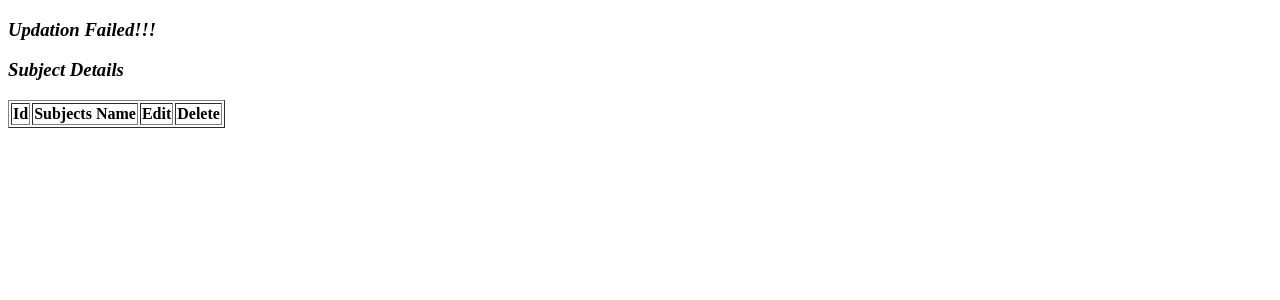
Repository: shubhamsingh331/Learners_Academy
Page: http://localhost/LearnersAcademy/Subjects/EditFailed.jsp
The author's editor kept a copy of each file at every save. The page is drawn from the files as they stood at one save, then again after the next save.
The browser window is 1280 px wide. The pictures show the whole page.
The page is served by Tomcat 9. Other server files are loaded and not shown. Queries for data that is not in the repository find no rows.

Above is the page before, as saved 2023-10-08 10:25:40.

### LearnersAcademy/src/main/webapp/Subjects/EditFailed.jsp
<%@ page language="java" contentType="text/html; charset=ISO-8859-1"
    pageEncoding="ISO-8859-1"%>
<!DOCTYPE html>
<html>
<head>
<meta charset="ISO-8859-1">
<title>Insert title here</title>
</head>
<body>
<h3><i>Updation Failed!!!</i></h3>
<%@include file="Subdisplay.jsp" %>

</body>
</html>

### LearnersAcademy/src/main/webapp/Subjects/Subdisplay.jsp
<%@page import="subjects.SubjectsDAO"%>
<%@page import="subjects.SubjectsPojo" %>
<%@page import="java.util.*" %>
<%@ page language="java" contentType="text/html; charset=ISO-8859-1"
    pageEncoding="ISO-8859-1"%>
<!DOCTYPE html>
<html>
<head>
<meta charset="ISO-8859-1">
<title>Insert title here</title>
</head>
<body>
<h3><i>Subject Details</i></h3>
<table border="1">
<tr><th>Id</th><th>Subjects Name</th><th>Edit</th><th>Delete</th></tr>
<%
SubjectsDAO dao = new SubjectsDAO();
List<SubjectsPojo> list = dao.display();
for(SubjectsPojo s:list){%>
	<tr><td><%=s.getSubid() %></td><td><%=s.getSubname()%></td><td><a href=SubEdit.jsp?id=<%=s.getSubid()%>>Edit</a></td><td><a href=SubDelete.jsp?id=<%=s.getSubid()%>>Delete</a></td></tr>
	<%} %>
</table>
</body>
</html>

### LearnersAcademy/src/main/java/teachers/SubjectsDAO.java
package subjects;

import java.sql.Connection;
import java.sql.PreparedStatement;
import java.sql.ResultSet;
import java.sql.SQLException;
import java.util.ArrayList;
import java.util.List;

import DBUtil.DbUtil;

public class SubjectsDAO {
	public int insert(SubjectsPojo subject) throws ClassNotFoundException, SQLException {
		Connection con = DbUtil.dbcon();
		String sql = "insert into subjects values(?,?)";
		PreparedStatement ps = con.prepareStatement(sql);
		ps.setInt(1, subject.getSubid());
		ps.setString(2, subject.getSubname());
		return ps.executeUpdate();
	}

	public int update(SubjectsPojo subject) throws ClassNotFoundException, SQLException {
		Connection con = DbUtil.dbcon();
		String sql = "update subjects set subname = ? where id = ?";
		PreparedStatement ps = con.prepareStatement(sql);
		ps.setInt(2, subject.getSubid());
		ps.setString(1, subject.getSubname());
		return ps.executeUpdate();
	}

	public int delete(SubjectsPojo subject) throws ClassNotFoundException, SQLException {
		Connection con = DbUtil.dbcon();
		String sql = "delete from subjects where id = ?";
		PreparedStatement ps = con.prepareStatement(sql);
		ps.setInt(1, subject.getSubid());
		return ps.executeUpdate();
	}

	public List<SubjectsPojo> display() throws ClassNotFoundException, SQLException{
		Connection con = DbUtil.dbcon();

		List<SubjectsPojo> list = new ArrayList<SubjectsPojo>();
		String sql = "select * from subjects";
		PreparedStatement ps = con.prepareStatement(sql);
		ResultSet rs = ps.executeQuery();
		while(rs.next()) {
			SubjectsPojo subject = new SubjectsPojo();
			subject.setSubid(rs.getInt(1));
			subject.setSubname(rs.getString(2));
			list.add(subject);

		}
		return list;
	}

}

### LearnersAcademy/src/main/java/DBUtil/DbUtil.java
package DBUtil;

import java.sql.Connection;
import java.sql.DriverManager;
import java.sql.SQLException;

public class DbUtil {
	public static final String DRIVER_CLASS="com.mysql.jdbc.Driver";
	public static final String DB_URL="jdbc:mysql://localhost:3306/StudentManagement";
	public static final String USERNAME = "root";
	public static final String PASSWORD = "123456";
	public static Connection dbcon() throws ClassNotFoundException, SQLException {
		Class.forName(DRIVER_CLASS);

		Connection con = DriverManager.getConnection(DB_URL, USERNAME, PASSWORD);

		return con;

}

}

After the next save:
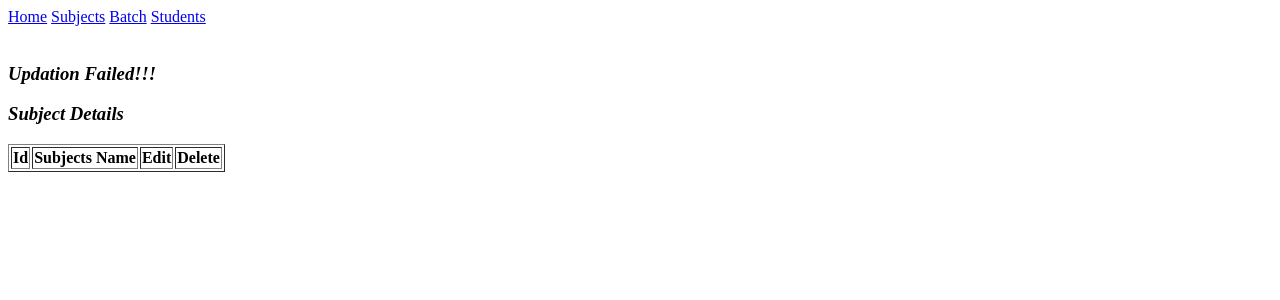
Saved 11 s later.
--- a/LearnersAcademy/src/main/webapp/Subjects/EditFailed.jsp
+++ b/LearnersAcademy/src/main/webapp/Subjects/EditFailed.jsp
@@ -7,6 +7,13 @@
 <title>Insert title here</title>
 </head>
 <body>
+<div class="topnav">
+  <a class="active" href="#home">Home</a>
+  <a href="Subject.jsp">Subjects</a>
+  <a href="#contact">Batch</a>
+  <a href="#about">Students</a>
+</div>
+<br>
 <h3><i>Updation Failed!!!</i></h3>
 <%@include file="Subdisplay.jsp" %>
 
